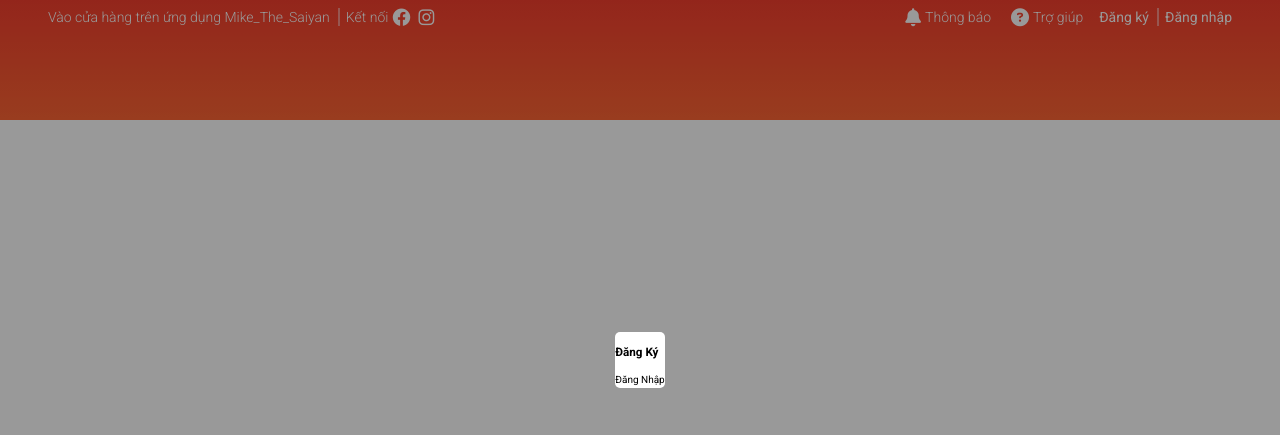
Repository: thefellowshiplotr/project_shopee
Page: index.html
An editor plug-in stored every save of this project. The page is shown before and after the next save, followed by the edit.
The browser window is 1280 px wide. The pictures show the whole page.

Above is the page before, as saved 2022-11-07 13:38:13.

After the next save:
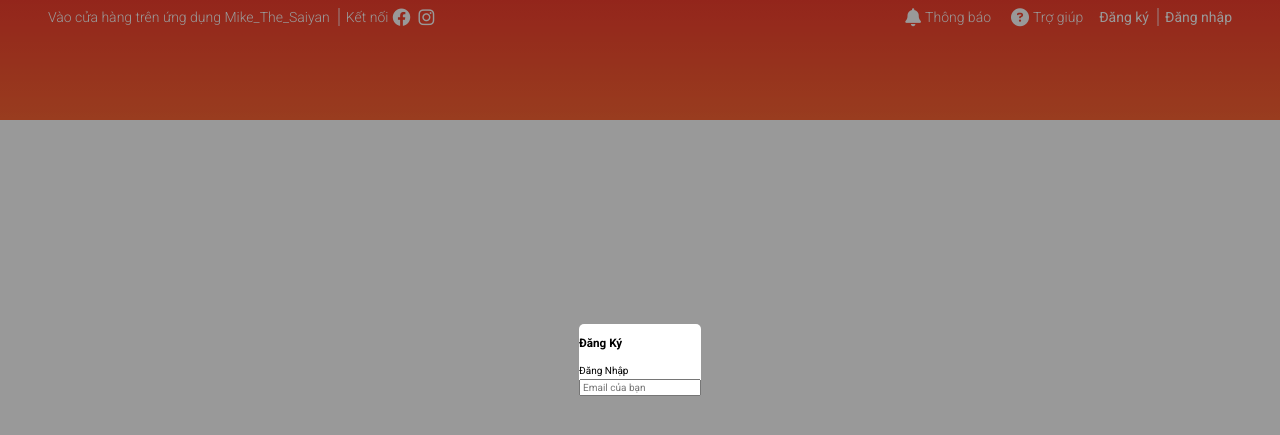
Saved 2 min 33 s later.
--- a/index.html
+++ b/index.html
@@ -192,6 +192,15 @@
               <h3 class="auth-form__heading">Đăng Ký</h3>
               <span class="auth-form__switch-btn">Đăng Nhập</span>
             </div>
+
+            <div class="auth-form__form">
+              <div class="auth-form__group">
+                <input type="text" class="auth-form__input" placeholder="Email của bạn">
+              </div>
+              <div class="auth-form__group">
+                <input type="password" class="auth-form__input" placeholder="Mật khẩu của bạn>
+              </div>
+            </div>
           </div>
         </div>
       </div>
